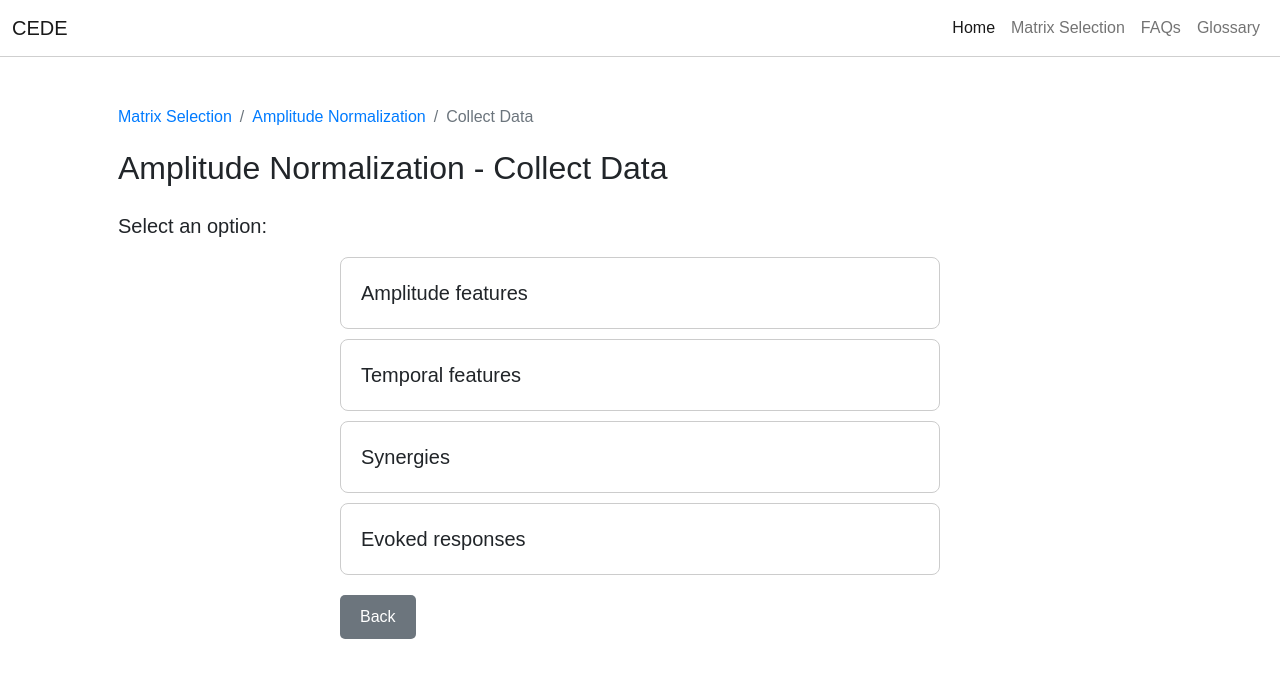
Repository: devashrisamani/CEDE-Website
Page: website/collectdata.html
These files come from the project's save history. The page is drawn as it stood at one moment and after the next save; the edit follows.
The browser window is 1280 px wide. The pictures show the whole page.

Above is the page before, as saved 2024-06-19 21:50:56.
Console error: TypeError: Cannot read properties of null (reading 'addEventListener')

### website/collectdata.html
<!DOCTYPE html>
<html lang="en">
  <head>
    <meta charset="UTF-8" />
    <meta name="viewport" content="width=device-width, initial-scale=1.0" />
    <title>Amplitude Normalization - Collect Data</title>
    <link
      href="https://cdn.jsdelivr.net/npm/bootstrap@5.1.3/dist/css/bootstrap.min.css"
      rel="stylesheet"
    />
    <link rel="stylesheet" href="collectdata.css" />
  </head>
  <body>
    <!-- Navigation Bar (same as first page) -->
    <nav class="navbar navbar-expand-lg navbar-light bg-white">
      <div class="container-fluid">
        <a class="navbar-brand" href="#">CEDE</a>
        <button
          class="navbar-toggler"
          type="button"
          data-bs-toggle="collapse"
          data-bs-target="#navbarNavAltMarkup"
          aria-controls="navbarNavAltMarkup"
          aria-expanded="false"
          aria-label="Toggle navigation"
        >
          <span class="navbar-toggler-icon"></span>
        </button>
        <div
          class="collapse navbar-collapse justify-content-end"
          id="navbarNavAltMarkup"
        >
          <div class="navbar-nav">
            <a class="nav-link active" href="#">Home</a>
            <a class="nav-link" href="#">Matrix Selection</a>
            <a class="nav-link" href="#">FAQs</a>
            <a class="nav-link" href="#">Glossary</a>
          </div>
        </div>
      </div>
    </nav>

    <!-- Main Content -->
    <div class="container mt-5 px-5">
      <nav aria-label="breadcrumb">
        <ol class="breadcrumb">
          <li class="breadcrumb-item"><a href="#">Matrix Selection</a></li>
          <li class="breadcrumb-item">
            <a href="#">Amplitude Normalization</a>
          </li>
          <li class="breadcrumb-item active" aria-current="page">
            Collect Data
          </li>
        </ol>
      </nav>
      <h2 class="mb-4">Amplitude Normalization - Collect Data</h2>
      <p class="lead">Select an option:</p>
      <div class="options-container">
        <div class="option" onclick="selectOption('amplitude-features')">
          <span>Amplitude features</span>
        </div>
        <div class="option" onclick="selectOption('temporal-features')">
          <span>Temporal features</span>
        </div>
        <div class="option" onclick="selectOption('synergies')">
          <span>Synergies</span>
        </div>
        <div class="option" onclick="selectOption('evoked-responses')">
          <span>Evoked responses</span>
        </div>
        <button type="button" id="back-button" onclick="goBack()">Back</button>
      </div>
    </div>

    <!-- Scripts -->
    <script src="script.js"></script>
    <script src="https://cdn.jsdelivr.net/npm/bootstrap@5.1.3/dist/js/bootstrap.bundle.min.js"></script>
  </body>
</html>

### website/collectdata.css
body {
  font-family: Arial, sans-serif;
  margin: 0;
  padding: 0;
  background-color: white;
}

.navbar {
  border-bottom: 1px solid #cfcfcf;
  background-color: #ffffff;
}

.breadcrumb {
  background-color: white;
  padding: 0;
  margin-bottom: 20px;
}

.breadcrumb-item a {
  color: #007bff;
  text-decoration: none;
}

.breadcrumb-item a:hover {
  text-decoration: underline;
}

.options-container {
  width: 100%;
  max-width: 600px; /* Adjust this value to make the options shorter */
  margin: 0 auto;
}

.option {
  display: flex;
  justify-content: space-between;
  align-items: center;
  border: 1px solid #ccc;
  margin-bottom: 10px;
  padding: 20px;
  cursor: pointer;
  background-color: white;
  border-radius: 8px;
}

.option:hover {
  background-color: #f0f0f0;
}

.option span {
  font-size: 1.25rem;
  font-weight: 500;
}

button {
  padding: 10px 20px;
  cursor: pointer;
  border: none;
  background: #007bff;
  color: white;
  border-radius: 5px;
  margin-top: 10px;
}

button#back-button {
  background: #6c757d;
}

button:disabled {
  background: #eee;
  color: #aaa;
  cursor: default;
}

### website/script.js
function selectOption(option) {
  console.log("Option selected:", option);
  // Add logic to handle the selected option, such as updating the page content
}

// page 2

function selectOption(option) {
  console.log("Option selected:", option);
  // Here, you can redirect to another page or load new content based on the option
}

function goBack() {
  window.history.back(); // This will take you to the previous page in the history stack
}

// Decision tree functions
const questions = [
  "Does your experiment involve comparisons between muscles or within muscles?",
  "Does your experiment involve comparisons between sessions or within a session?",
  "Does your experiment involve within-group comparisons or between-groups comparisons?",
  "Can your participants perform MVC?",
];

const responses = [
  ["Between muscles", "Within muscle"],
  ["Between sessions", "Within a session"],
  ["Within-group comparison", "Between-groups comparison"],
  ["Yes", "No"],
];

const decisionTree = {
  "Within muscle": {
    "Within a session": {
      "Within-group comparison": {
        Yes: "Experimental context 1: Amplitude comparison within a person and muscle, between conditions/tasks (within a session). *Without removing electrodes (1.1 - 1.6)",
      },
    },
  },
};

function getRecommendation(responses) {
  let node = decisionTree;
  for (let response of responses) {
    if (node[response]) {
      node = node[response];
    } else {
      return "No recommendation found for the given responses.";
    }
  }
  return node;
}

document.getElementById("get-recommendation").addEventListener("click", () => {
  const userResponses = [
    document.getElementById("q1-select").value,
    document.getElementById("q2-select").value,
    document.getElementById("q3-select").value,
    document.getElementById("q4-select").value,
  ];
  const recommendation = getRecommendation(userResponses);
  document.getElementById("recommendation").innerText = recommendation;
});

// CEDE Collaborations section

function showSection(sectionId) {
  const sections = document.querySelectorAll(".team-section");
  const buttons = document.querySelectorAll(".btn-toggle");
  sections.forEach((section) => {
    section.classList.add("d-none");
  });
  buttons.forEach((button) => {
    button.classList.remove("active");
  });
  document.getElementById(sectionId).classList.remove("d-none");
  document
    .querySelector(`button[onclick="showSection('${sectionId}')"]`)
    .classList.add("active");
}

### website/styles1.css
body {
  font-family: Arial, sans-serif;
  margin: 0;
  padding: 0;
  background-color: white;
}

#wrapper {
  width: 100%;
  text-align: center;
}

/* header {
  background: #f0f0f0;
  padding: 10px 0;
}

#header-content {
  width: 80%;
  margin: auto;
  display: flex;
  justify-content: space-between;
  align-items: center;
} */

.navbar {
  border-bottom: 1px solid #cfcfcf;
}

main {
  padding: 20px;
}

#decision-form {
  background: #fff;
  padding: 20px;
  width: 50%;
  margin: 20px auto;
  border: 1px solid #ccc;
  border-radius: 8px;
}

.option {
  display: flex;
  justify-content: space-between;
  align-items: center;
  border: 1px solid #ccc;
  margin-bottom: 10px;
  padding: 10px;
  cursor: pointer;
}

.option:hover {
  background-color: #f0f0f0;
}

.arrow {
  font-weight: bold;
}

button {
  padding: 10px 20px;
  cursor: pointer;
  border: none;
  background: #007bff;
  color: white;
  border-radius: 5px;
  margin-top: 10px;
}

button#back-button {
  background: #6c757d;
}

button:disabled {
  background: #eee;
  color: #aaa;
  cursor: default;
}

After the next save:
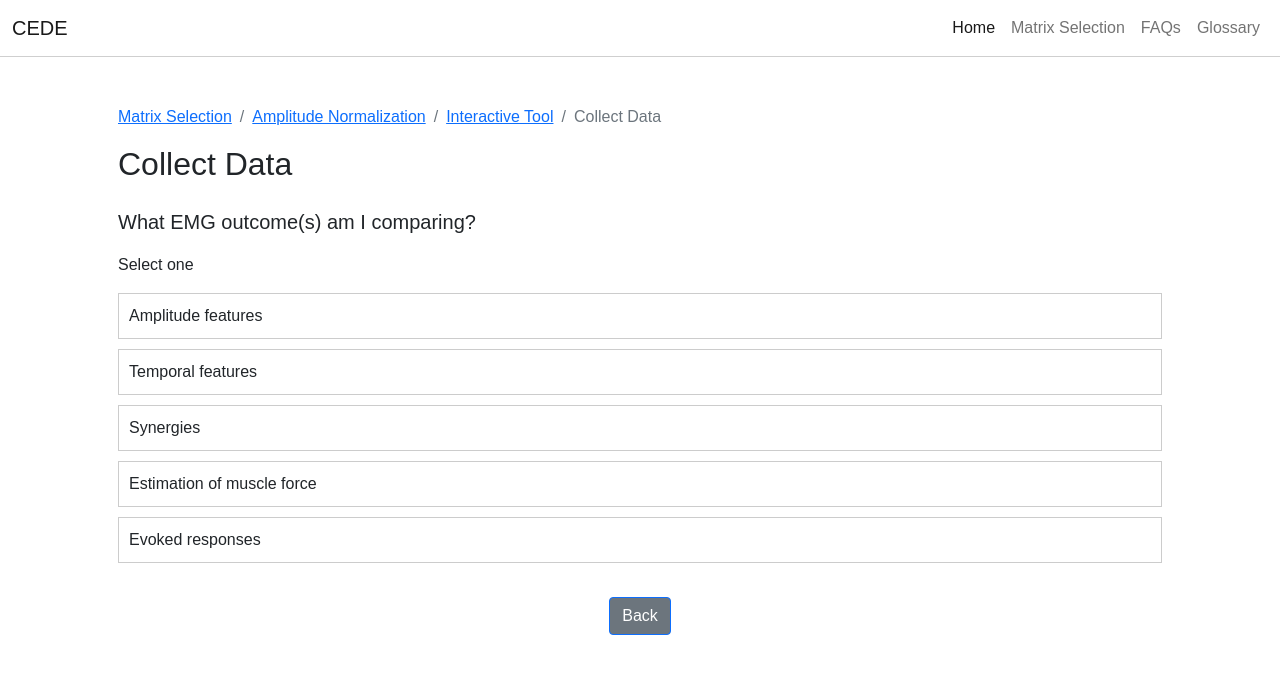
Saved 3 min 17 s later.
--- a/website/collectdata.html
+++ b/website/collectdata.html
@@ -8,7 +8,7 @@
       href="https://cdn.jsdelivr.net/npm/bootstrap@5.1.3/dist/css/bootstrap.min.css"
       rel="stylesheet"
     />
-    <link rel="stylesheet" href="collectdata.css" />
+    <link rel="stylesheet" href="styles1.css" />
   </head>
   <body>
     <!-- Navigation Bar (same as first page) -->
@@ -48,13 +48,15 @@
           <li class="breadcrumb-item">
             <a href="#">Amplitude Normalization</a>
           </li>
+          <li class="breadcrumb-item"><a href="#">Interactive Tool</a></li>
           <li class="breadcrumb-item active" aria-current="page">
             Collect Data
           </li>
         </ol>
       </nav>
-      <h2 class="mb-4">Amplitude Normalization - Collect Data</h2>
-      <p class="lead">Select an option:</p>
+      <h2 class="mb-4">Collect Data</h2>
+      <p class="lead">What EMG outcome(s) am I comparing?</p>
+      <p>Select one</p>
       <div class="options-container">
         <div class="option" onclick="selectOption('amplitude-features')">
           <span>Amplitude features</span>
@@ -65,10 +67,22 @@
         <div class="option" onclick="selectOption('synergies')">
           <span>Synergies</span>
         </div>
+        <div class="option" onclick="selectOption('muscle-force')">
+          <span>Estimation of muscle force</span>
+        </div>
         <div class="option" onclick="selectOption('evoked-responses')">
           <span>Evoked responses</span>
         </div>
-        <button type="button" id="back-button" onclick="goBack()">Back</button>
+      </div>
+      <div class="text-center mt-4">
+        <button
+          type="button"
+          class="btn btn-primary"
+          id="back-button"
+          onclick="goBack()"
+        >
+          Back
+        </button>
       </div>
     </div>
 
